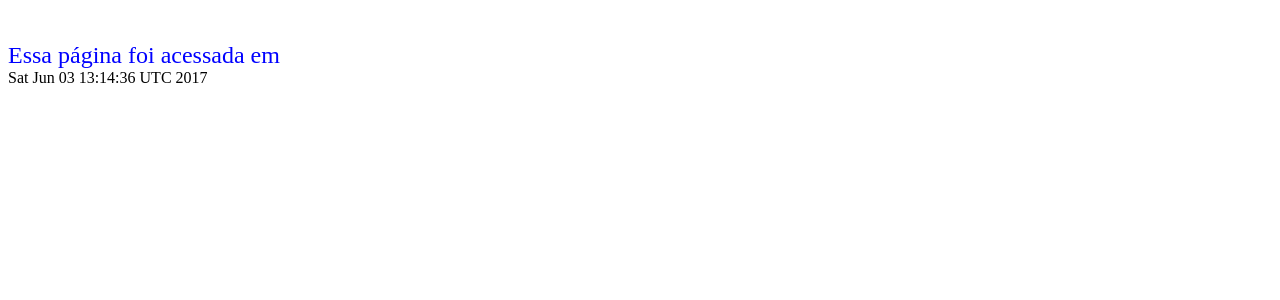
Repository: marciojv/treina-java
Page: http://localhost/JavaLivreWeb/declaracao.jsp
An editor plug-in stored every save of this project. The page is shown before and after the next save, followed by the edit.
The browser window is 1280 px wide. The pictures show the whole page.
The page is served by Tomcat 9. Other server files are loaded and not shown.

Above is the page before, as saved 2017-06-24 17:48:16.

### workspace/JavaLivreWeb/WebContent/declaracao.jsp
<%@ page contentType="text/html; charset=UTF-8" language="java" import="java.util.*" errorPage="" %>

<html>
<head>
<title>Declara&ccedil;&otilde;es... cuidado!</title>
</head>

<body>
<%! Date data = new Date();  %>

<p>&nbsp;</p>
<p><font color="blue" size="+2">Essa p&aacute;gina foi acessada em<br></font>
<%= data %></p>

</body>
</html>

After the next save:
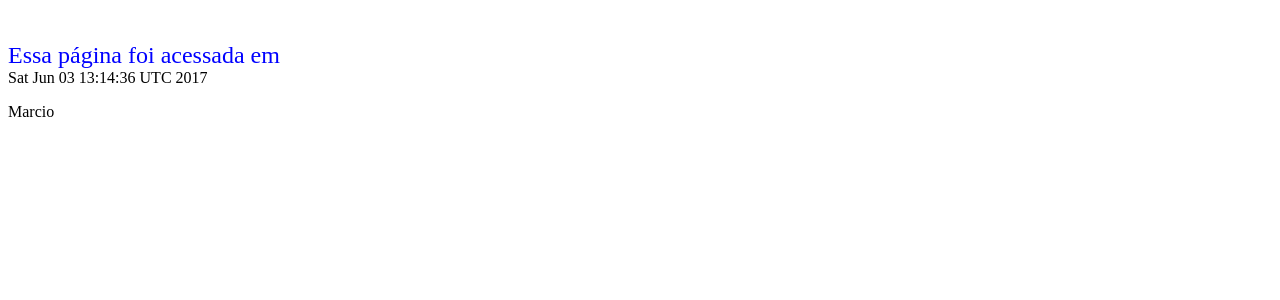
Saved 8 min 23 s later.
--- a/workspace/JavaLivreWeb/WebContent/declaracao.jsp
+++ b/workspace/JavaLivreWeb/WebContent/declaracao.jsp
@@ -6,11 +6,13 @@
 </head>
 
 <body>
-<%! Date data = new Date();  %>
+<%! Date data = new Date();
+    String aluno = "Marcio"; %>
 
 <p>&nbsp;</p>
 <p><font color="blue" size="+2">Essa p&aacute;gina foi acessada em<br></font>
 <%= data %></p>
 
+<%= aluno %>
 </body>
 </html>
